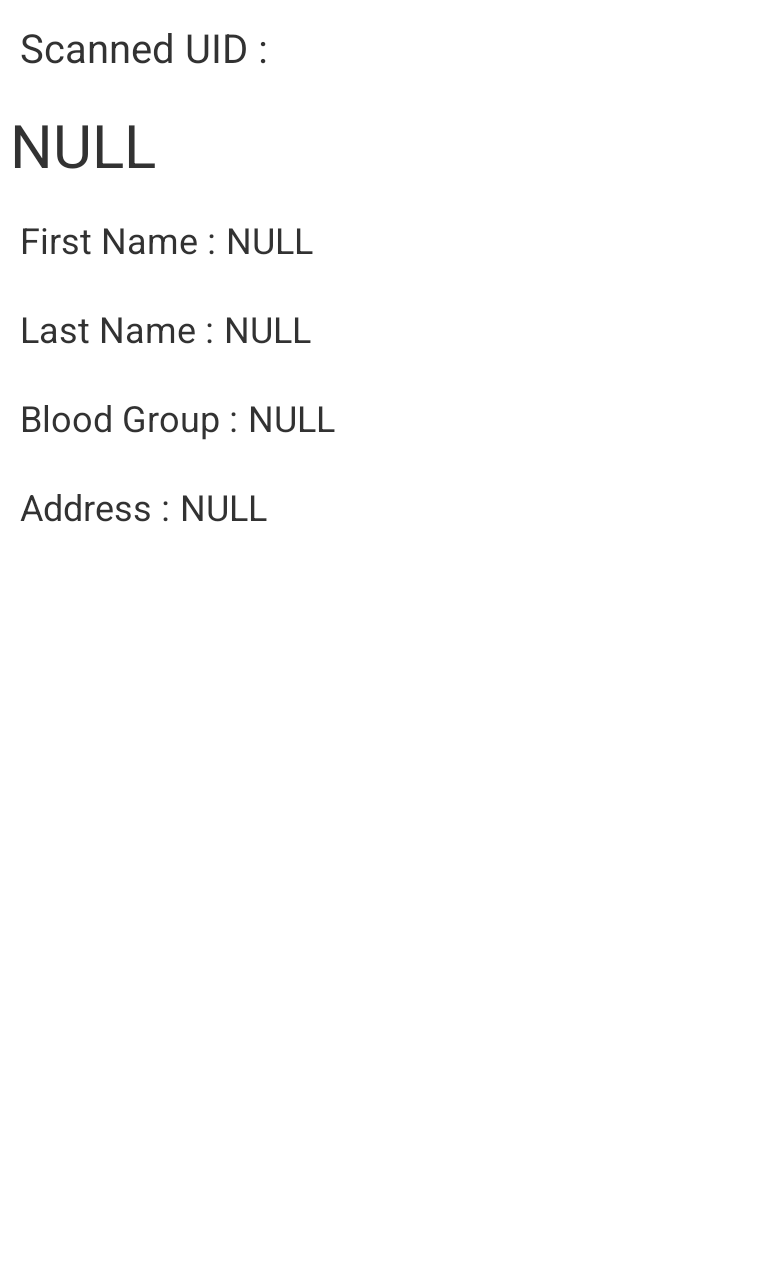
Repository: LennoxAlexion/UID
Layout: Android App/Uid-Project/res/layout/activity_qr_result.xml
An editor plug-in stored every save of this project. The layout is shown before and after the next save, followed by the edit.
It is drawn on a 768 x 1280 px phone screen (xhdpi) without system bars, with theme AppTheme; the app's code is not run.

Above is the layout before, as saved 2015-03-29 07:04:27.

### Android App/Uid-Project/res/layout/activity_qr_result.xml
<?xml version="1.0" encoding="utf-8"?>
<LinearLayout xmlns:android="http://schemas.android.com/apk/res/android"
    android:layout_width="match_parent"
    android:layout_height="match_parent"
    android:orientation="vertical"
>

    <TextView
        android:layout_width="wrap_content"
        android:layout_height="wrap_content"
        android:text="Scanned UID : "
        android:layout_margin="10dp"
        android:textSize="20dp" />

    <TextView
        android:id="@+id/TextView_ScannedCode"
        android:layout_width="wrap_content"
        android:layout_height="wrap_content"
        android:text="NULL"
        android:layout_margin="5dp"
        android:textSize="30dp" />


    <LinearLayout
        android:layout_width="fill_parent"
        android:layout_height="wrap_content"
        android:layout_margin="5dp"
        android:orientation="horizontal"
        android:padding="5dp" >

        <TextView
            android:layout_width="wrap_content"
            android:layout_height="wrap_content"
            android:text="First Name :"
            android:textSize="18dp" />

        <TextView
            android:id="@+id/TextView_qr_result_FirstName"
            android:layout_width="wrap_content"
            android:layout_height="wrap_content"
            android:layout_marginLeft="5dp"
            android:text="NULL"
            android:textSize="18dp" />
    </LinearLayout>

    <LinearLayout
        android:layout_width="fill_parent"
        android:layout_height="wrap_content"
        android:layout_margin="5dp"
        android:orientation="horizontal"
        android:padding="5dp" >

        <TextView
            android:layout_width="wrap_content"
            android:layout_height="wrap_content"
            android:text="Last Name :"
            android:textSize="18dp" />

        <TextView
            android:id="@+id/TextView_qr_result_LastName"
            android:layout_width="wrap_content"
            android:layout_height="wrap_content"
            android:layout_marginLeft="5dp"
            android:text="NULL"
            android:textSize="18dp" />
    </LinearLayout>

    <LinearLayout
        android:layout_width="fill_parent"
        android:layout_height="wrap_content"
        android:layout_margin="5dp"
        android:orientation="horizontal"
        android:padding="5dp" >

        <TextView
            android:layout_width="wrap_content"
            android:layout_height="wrap_content"
            android:text="Blood Group :"
            android:textSize="18dp" />

        <TextView
            android:id="@+id/TextView_qr_result_BloodGroup"
            android:layout_width="wrap_content"
            android:layout_height="wrap_content"
            android:layout_marginLeft="5dp"
            android:text="NULL"
            android:textSize="18dp" />
    </LinearLayout>

    <LinearLayout
        android:layout_width="fill_parent"
        android:layout_height="wrap_content"
        android:layout_margin="5dp"
        android:orientation="horizontal"
        android:padding="5dp" >

        <TextView
            android:layout_width="wrap_content"
            android:layout_height="wrap_content"
            android:text="Address :"
            android:textSize="18dp" />

        <TextView
            android:id="@+id/TextView_qr_result_Address :"
            android:layout_width="wrap_content"
            android:layout_height="wrap_content"
            android:layout_marginLeft="5dp"
            android:text="NULL"
            android:textSize="18dp" />
    </LinearLayout>


</LinearLayout>

Loaded but not shown: Android App/Uid-Project/res/values/styles.xml (common file); Android App/Uid-Project/res/values-v11/styles.xml (common file); Android App/Uid-Project/res/values-v14/styles.xml (common file); Android App/Uid-Project/res/values-v21/styles.xml (common file)

After the next save:
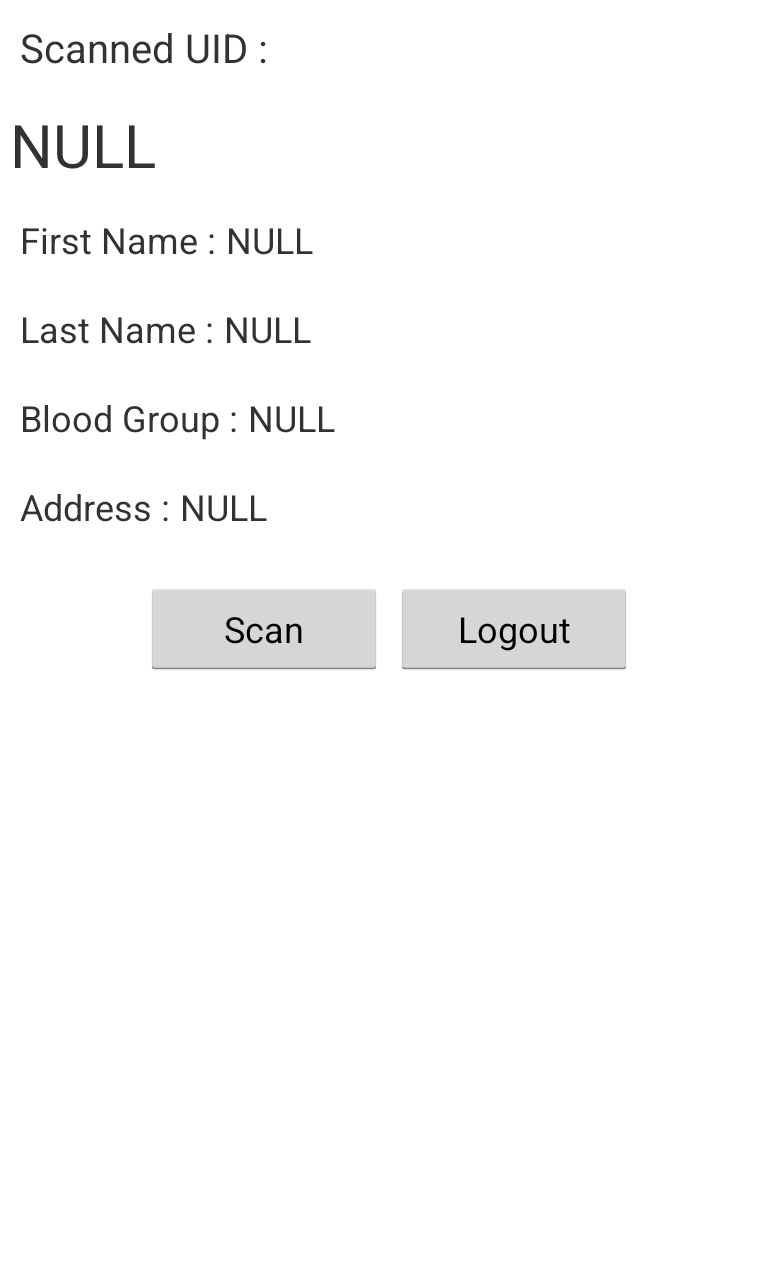
Saved 106 s later.
--- a/Android App/Uid-Project/res/layout/activity_qr_result.xml
+++ b/Android App/Uid-Project/res/layout/activity_qr_result.xml
@@ -108,6 +108,32 @@
             android:text="NULL"
             android:textSize="18dp" />
     </LinearLayout>
+    <LinearLayout
+        android:layout_width="fill_parent"
+        android:layout_height="wrap_content"
+        android:layout_gravity="center_horizontal"
+        android:layout_margin="5dp"
+        android:gravity="center"
+        android:orientation="horizontal"
+        android:padding="5dp" >
+
+        <Button
+            android:id="@+id/Button_Sec_Page_Scan"
+            android:layout_width="120dp"
+            android:layout_height="wrap_content"
+            android:layout_margin="5dp"
+
+            android:text="Scan" />
+
+        <Button
+            android:id="@+id/Button_Logout"
+            android:layout_width="120dp"
+            android:layout_height="wrap_content"
+
+            android:text="Logout" />
+
+    </LinearLayout>
+
 
 
 </LinearLayout>
